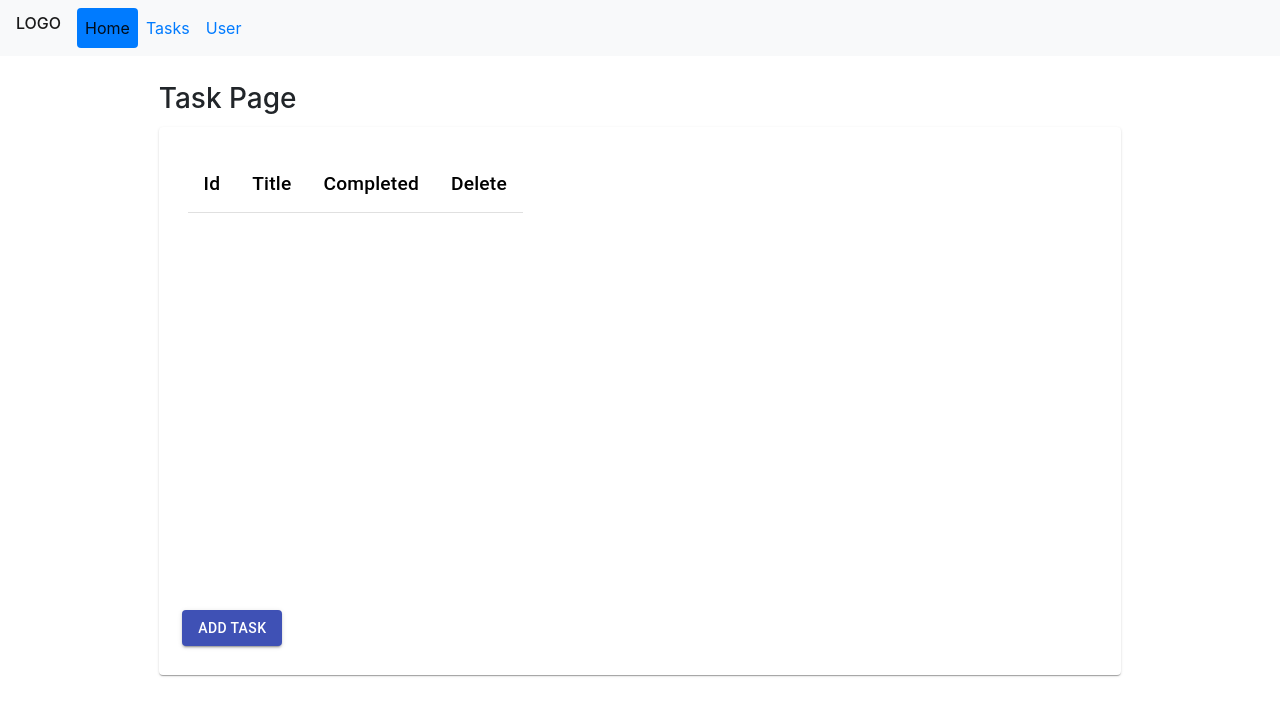
Repository: lalji-yadav/Nimapinfotech-demo-project
Page: /tasks
These files come from the project's save history. The page is drawn as it stood at one moment and after the next save; the edit follows.
The browser window is 1280 px wide. The pictures show the whole page.
The page's requests for data from a server got no answer. The project was rebuilt for these pictures with package versions that can differ from the ones it lists, and the page was loaded fresh each time. No one was signed in, and anything a server would have sent is missing. Also part of the build but not shown: src/components/Home.js, src/components/Users.js, src/components/Login.js.

Above is the page before, as saved 2021-01-18 11:47:26.

### src/App.js
// import './App.css';
import Navbar from "./components/Navbars";
import Login from "./components/Login";


function App() {
  return (
    <div>

    {/* <Login /> */}
    <Navbar />
    </div>
  );
}

export default App;

### src/components/Navbars.js
import React from 'react';
import { Navbar,Nav,NavDropdown,Form,FormControl ,Button } from 'react-bootstrap';
import {
  BrowserRouter as Router,
  Switch,
  Route,
  Link
} from "react-router-dom";

import Home from "./Home";
import Tasks from "./Tasks";
import User from "./Users";
import Login from "./Login";


const Navbars=()=> {
        return (
            <div>

              <Router>
                  <Navbar bg="light" expand="lg">
                      <Navbar.Brand> <h6>LOGO</h6></Navbar.Brand>
                      <Navbar.Toggle aria-controls="basic-navbar-nav" />
                      <Navbar.Collapse id="basic-navbar-nav">
                      <Nav variant="pills" defaultActiveKey="/">
                        <Nav.Item>
                          <Nav.Link href="/">Home </Nav.Link>
                        </Nav.Item>
                        <Nav.Item>
                          <Nav.Link eventKey="link-1"> <Link to="/tasks"> Tasks </Link> </Nav.Link>
                        </Nav.Item>
                        <Nav.Item>
                          <Nav.Link eventKey="link-2">
                          <Link to="/user"> User </Link>
                          </Nav.Link>
                        </Nav.Item>
                      </Nav>
                      </Navbar.Collapse>
                    </Navbar>


                    <Switch>
                      <Route exact path="/" component={Home} />

                      <Route exact path="/user" component={User} />

                      <Route exact path="/tasks" component={Tasks} />

                      <Route exact path="/login" component={Login} />

                    </Switch>
             </Router>

            </div>
        );
    }

export default Navbars;

### src/components/Tasks.js
import axios from 'axios';
import React, { useEffect, useState } from 'react';
import { Card,Table,TableHead,TableRow,TableCell,TableBody,Button } from "@material-ui/core";
import '../App.css';

function Tasks() {

    const [data, setData] = useState([]);

    useEffect(() => {
        axios.get('http://jsonplaceholder.typicode.com/todos').then((res) => {
            // console.log(res)
            setData(res.data);
            console.log(res.data);
        }).catch((error) => {
            console.log(error);
        });
    }, []);

    return (
        <div style={{ padding: "2% 3% 3% 3%" }}>
            <h3 style={{marginLeft:'10%'}}>Task Page</h3>

            <Card className="effect1" style={{ width: "80%", margin: "1% 10% 0% 10%"}}>

                <Table aria-label="simple table">
                    <div className="scroll-tab">

                    <TableHead>
                        <TableRow>
                            <TableCell style={{ fontSize: "1.5vw", color: "black" }} align="center">Id</TableCell>
                            <TableCell style={{ fontSize: "1.5vw", color: "black" }} align="center">Title</TableCell>
                            <TableCell style={{ fontSize: "1.5vw", color: "black" }} align="center">Completed</TableCell>
                            <TableCell style={{ fontSize: "1.5vw", color: "black" }} align="center">Delete</TableCell>
                        </TableRow>
                    </TableHead>

                    <TableBody>
                        {data.filter((item) => !item.hidden).map((item, row) => (
                            <TableRow key={row.id}>
                                <TableCell style={{ fontSize: "1.3vw" }} align='center'>
                                    {item.id}
                                </TableCell>
                                <TableCell style={{ fontSize: "1.3vw" }} align="center">{item.title}</TableCell>
                                <TableCell style={{ fontSize: "1.3vw" }} align="center">{item.completed ? "True" : "False"}</TableCell>
                                <TableCell style={{ fontSize: "1.3vw" }} align="center">
                                    <Button style={{ fontSize: "1vw" }} variant="contained" color="secondary">Delete</Button>
                                </TableCell>
                            </TableRow>
                        ))}
                    </TableBody>

                    </div>
                </Table>

                <div className="row" style={{padding:'1% 0% 3% 4%'}}>
                    <Button variant="contained" color="primary"> Add Task </Button>

                </div>


            </Card>
        </div>
    );
}

export default Tasks;

### src/App.css
.scroll-tab {
    height: 55vh;
    margin: 3% 3% 5% 3%;
    overflow-y: scroll;
    border: "1px solid red";
}
::-webkit-scrollbar{
    width: 12px;
    height: 12px;
}
::-webkit-scrollbar-track {
    box-shadow: inset 0 0 10px #4A4A4A;
    border-radius: 10px;
    }

    ::-webkit-scrollbar-thumb {
    border-radius: 10px;
    background: #4A4A4A;
}

.effect1{
        box-shadow: 0px 0px 8px #777;
        border-radius: 10px;
}

Loaded but not shown: public/index.html (common file); src/index.js (common file); src/index.css (common file); src/reportWebVitals.js (common file)

After the next save:
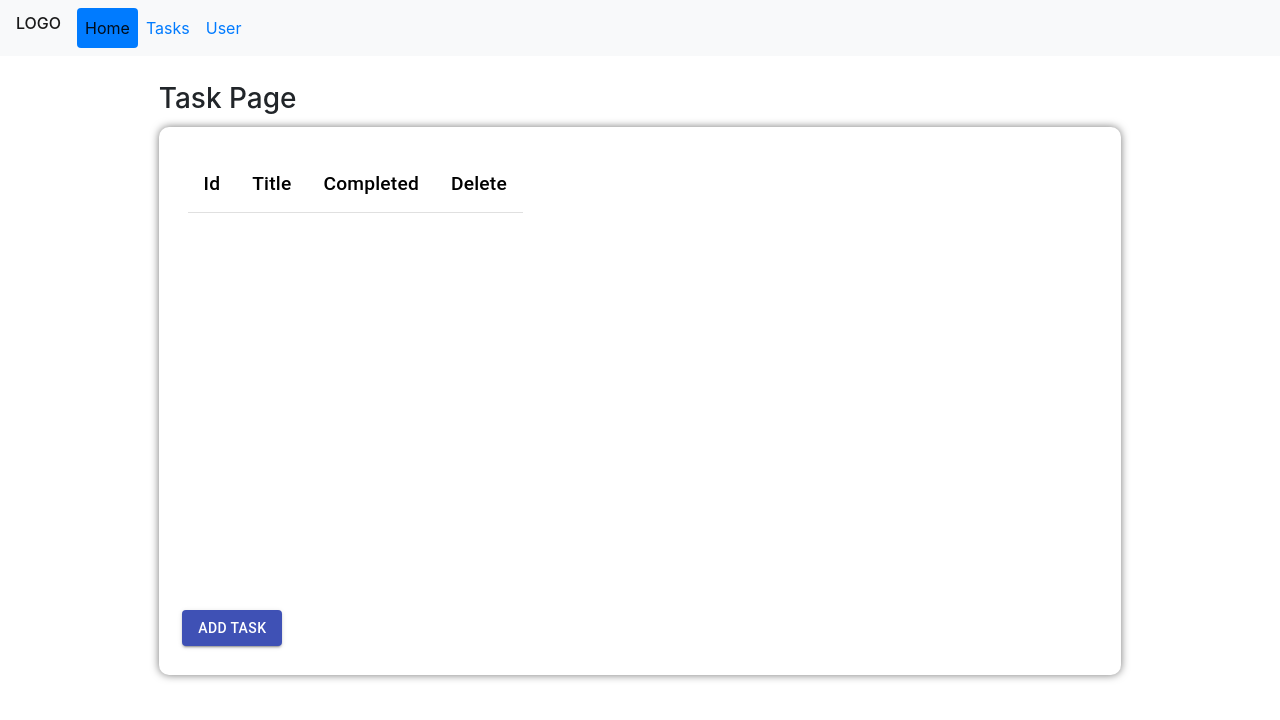
Saved 42 s later.
--- a/src/components/Tasks.js
+++ b/src/components/Tasks.js
@@ -21,7 +21,7 @@ function Tasks() {
         <div style={{ padding: "2% 3% 3% 3%" }}>
             <h3 style={{marginLeft:'10%'}}>Task Page</h3>
 
-            <Card className="effect1" style={{ width: "80%", margin: "1% 10% 0% 10%"}}>
+            <div className="effect1" style={{ width: "80%", margin: "1% 10% 0% 10%"}}>
 
                 <Table aria-label="simple table">
                     <div className="scroll-tab">
@@ -59,7 +59,7 @@ function Tasks() {
                 </div>
 
 
-            </Card>
+            </div>
         </div>
     );
 }
